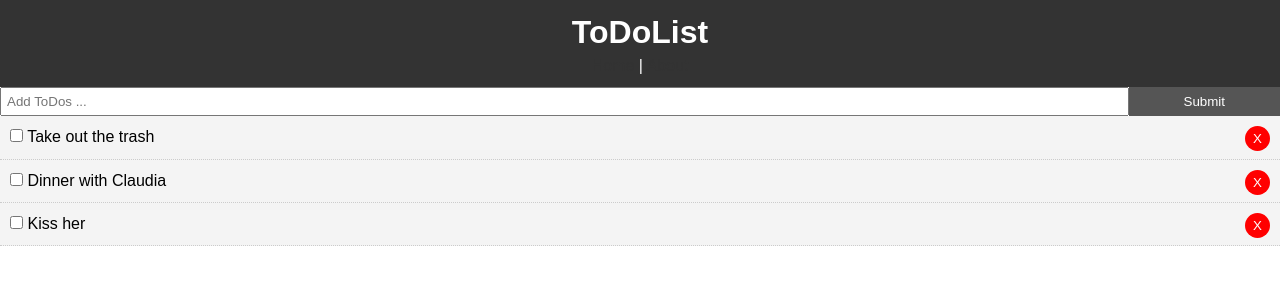
Repository: konstantin0s/todo-react
Page: /
These files come from the project's save history. The page is drawn as it stood at one moment and after a run of saves; the edit follows.
The browser window is 1280 px wide. The pictures show the whole page.
The project was rebuilt for these pictures with package versions that can differ from the ones it lists, and the page was loaded fresh each time. Also part of the build but not shown: src/components/pages/About.js.

Above is the page before, as saved 2019-03-09 17:20:06.

After the next 2 saves:
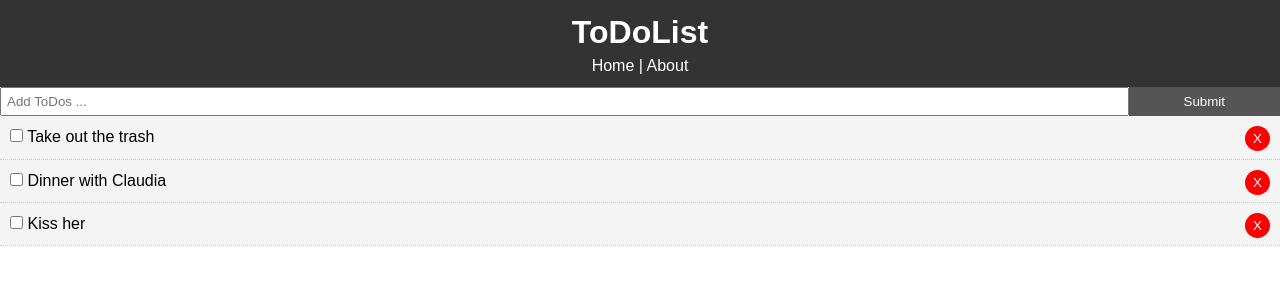
The 2 saves are shown as one change because 1 did not build or start.
The last was saved 59 s later.
--- a/src/components/layout/Header.js
+++ b/src/components/layout/Header.js
@@ -5,7 +5,7 @@ export default function Header() {
   return (
    <header style={headerStyle}>
      <h1>ToDoList</h1>
-     <Link to="/">Home</Link> | <Link to="/about">About</Link>
+     <Link style={linkStyle} to="/">Home</Link> | <Link style={linkStyle} to="/about">About</Link>
    </header>
   )
 }
@@ -17,3 +17,8 @@ const headerStyle = {
   textAlign: 'center',
   padding: '10px'
 }
+
+const linkStyle = {
+  color: '#fff',
+  textDecoration: 'none'
+}
